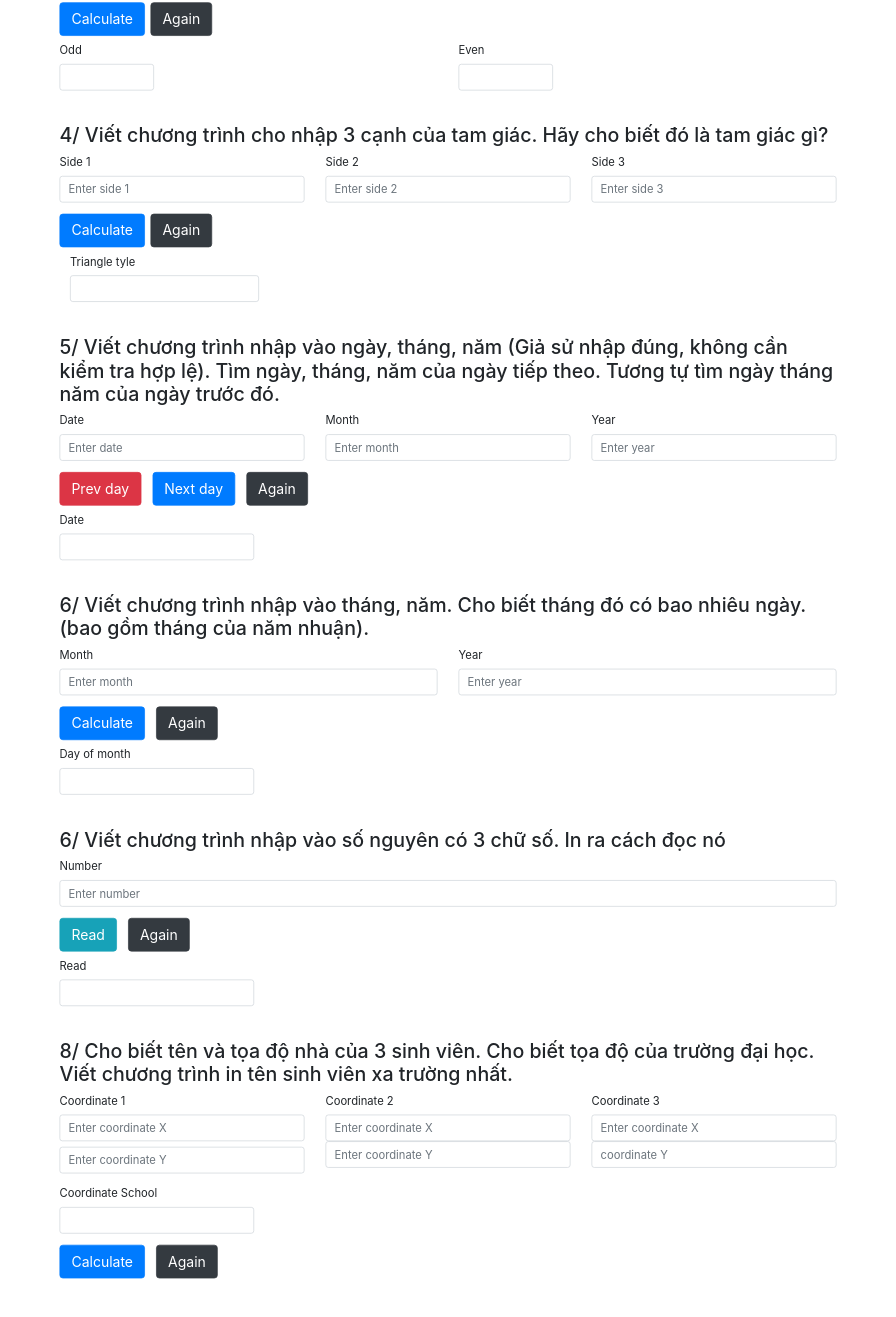
Repository: baobaodeveloper/bootscamp21__jsbasic__HuynhAnhBao
Page: index.html
The author's editor kept a copy of each file at every save. The page is drawn from the files as they stood at one save, then again after the next save.
The browser window is 1280 px wide. The pictures show the part of the page from y = 786 to 2706 px (the page is 2668 px tall before and 2706 px after), at 70% of full size.

Above is the page before, as saved 2022-03-11 18:15:33.

After the next save:
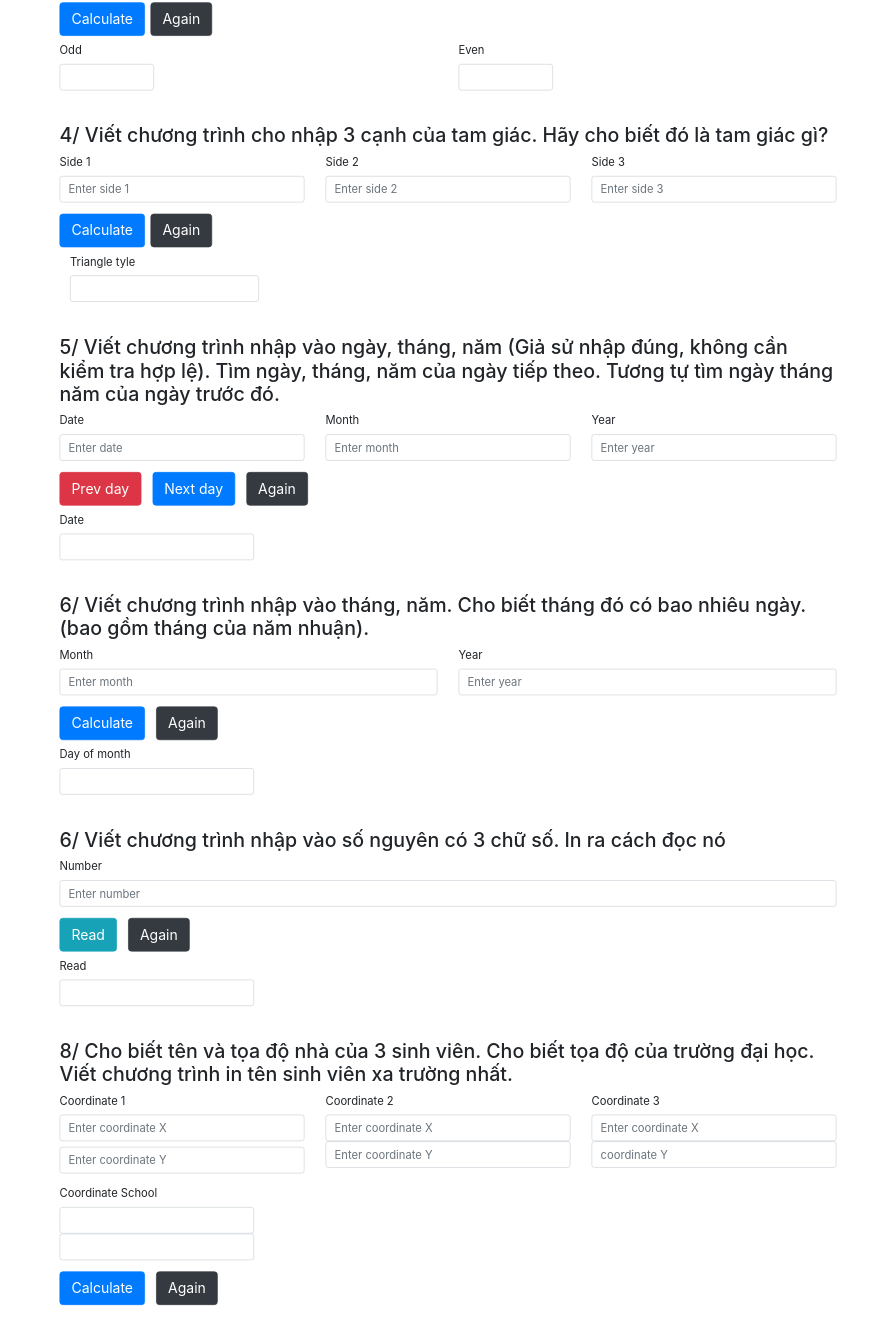
Saved 14 s later.
--- a/index.html
+++ b/index.html
@@ -435,6 +435,7 @@
 
       <div class="mt-3">
         <label class="form-label">Coordinate School</label>
+        <input type="text" class="form-control w-25 result1" />
         <input type="text" class="form-control w-25 result1" />
       </div>
 
